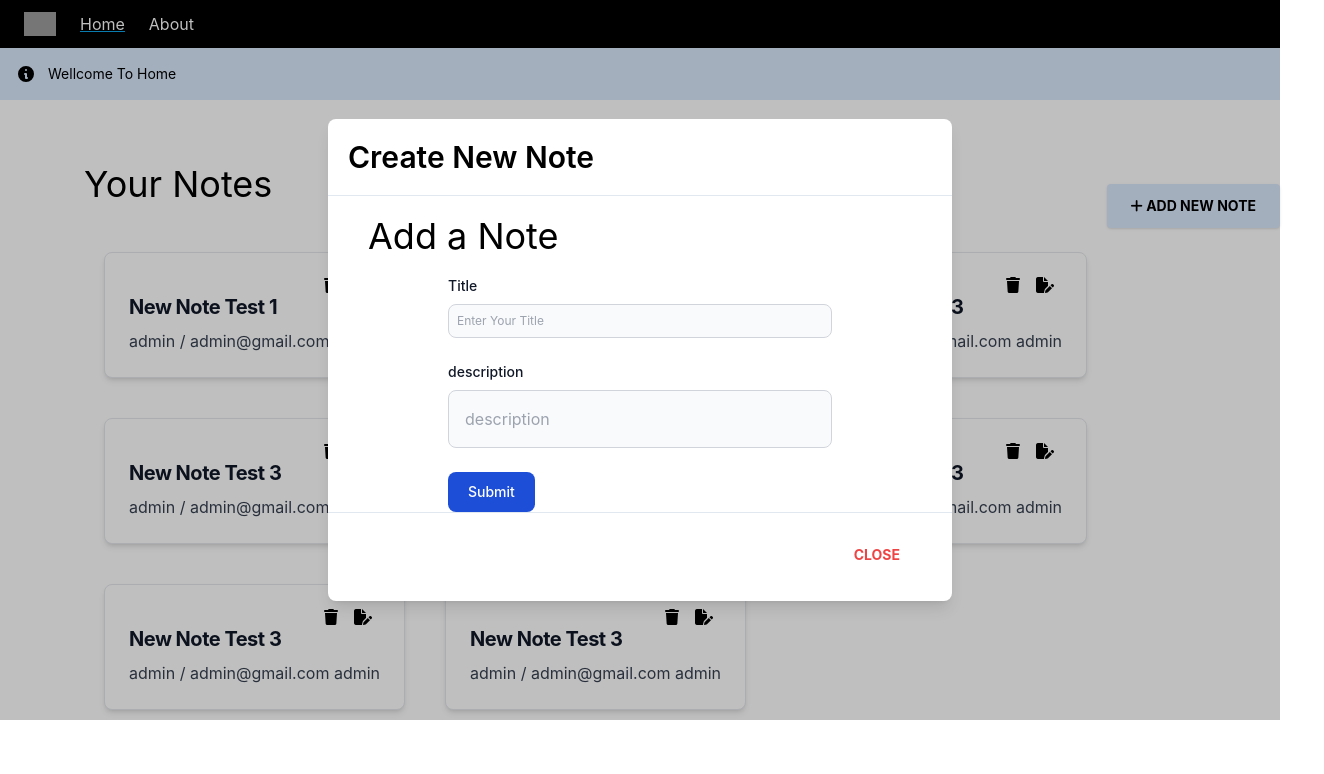
Repository: sonawaneteju4/iNote
Page: /, after clicking the first element matching `button.bg-blue-100`
The author's editor kept a copy of each file at every save. The page is drawn from the files as they stood at one save, then again after a run of saves.
The browser window is 1280 px wide. The page is 1324 px wide, so the pictures cover 1324 px, including what lies to the right of the window. The pictures show the whole page.
Pictures or frames that could not be fetched are drawn as grey boxes. Some web libraries are served in a nearby version. The project was rebuilt for these pictures with package versions that can differ from the ones it lists, and the page was loaded fresh each time. Also part of the build but not shown: src/components/About.js.

Above is the page before, as saved 2022-10-11 11:07:58.

After the next 3 saves:
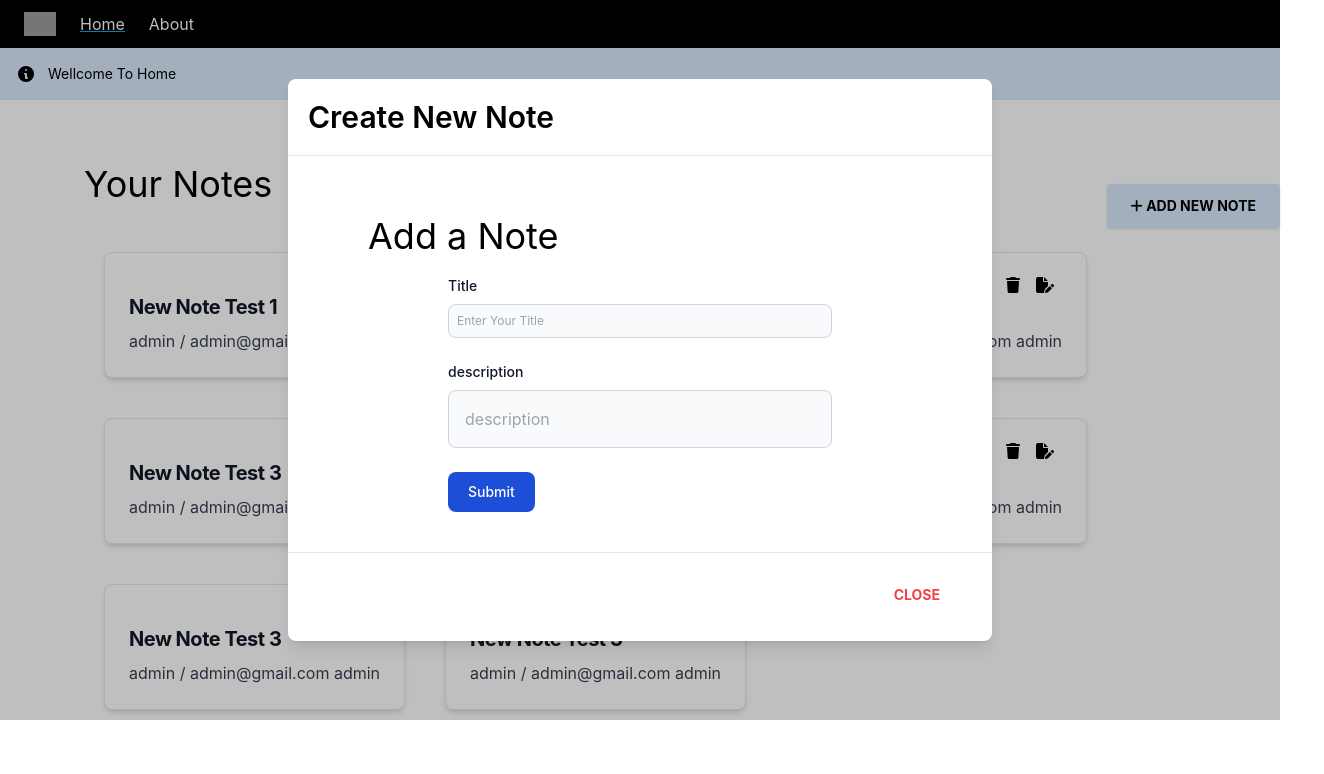
The 3 saves are shown as one change because they came seconds apart.
The last was saved 9 s later.
--- a/src/components/Notes.js
+++ b/src/components/Notes.js
@@ -43,7 +43,7 @@ const Notes = () => {
                   </button>
                 </div>
                 {/*body*/}
-                    <div>
+                    <div className='m-5 p-5'>
 
                     <AddNote/>
                     </div>
